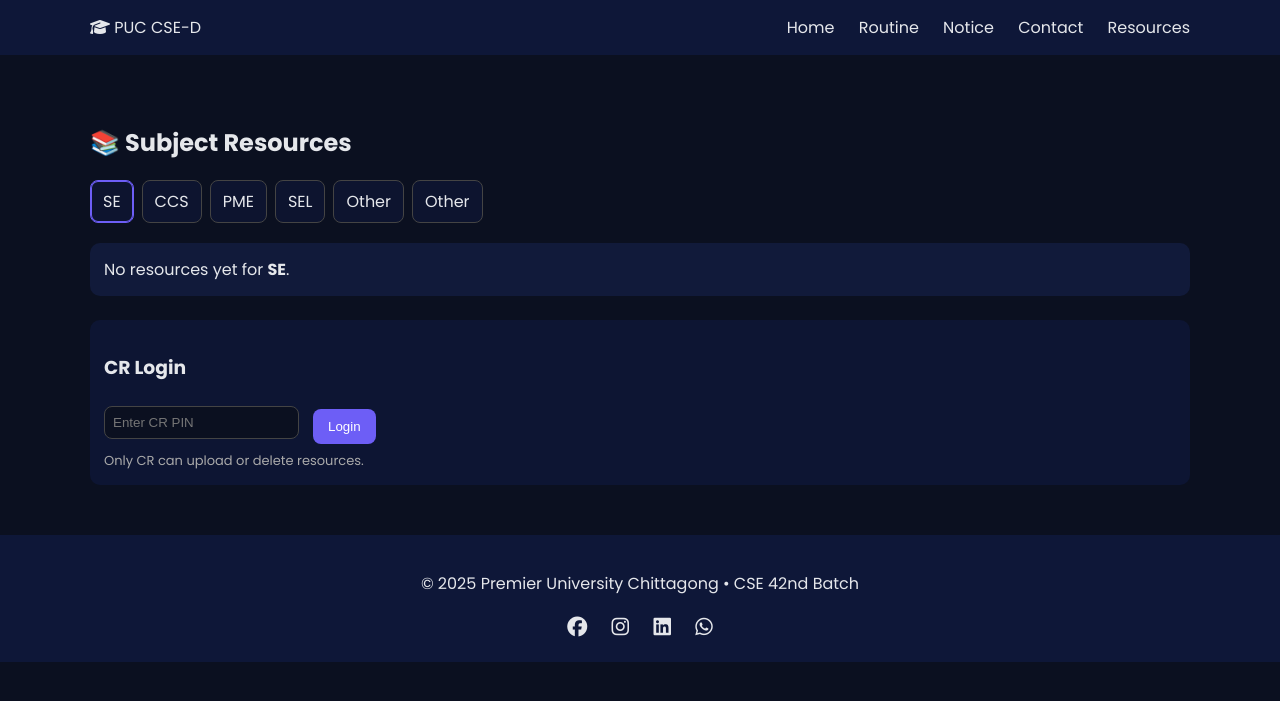
Repository: naimuddin1190/puc-class-management
Page: http://localhost/resources.php?subject=SE
The author's editor kept a copy of each file at every save. The page is drawn from the files as they stood at one save, then again after the next save.
The browser window is 1280 px wide. The pictures show the whole page.
The page is run by PHP 8.4 with error messages shown; the project is at /var/www/html/. The database holds what the project's SQL file puts in it.

Above is the page before, as saved 2025-09-02 22:24:40.

After the next save:
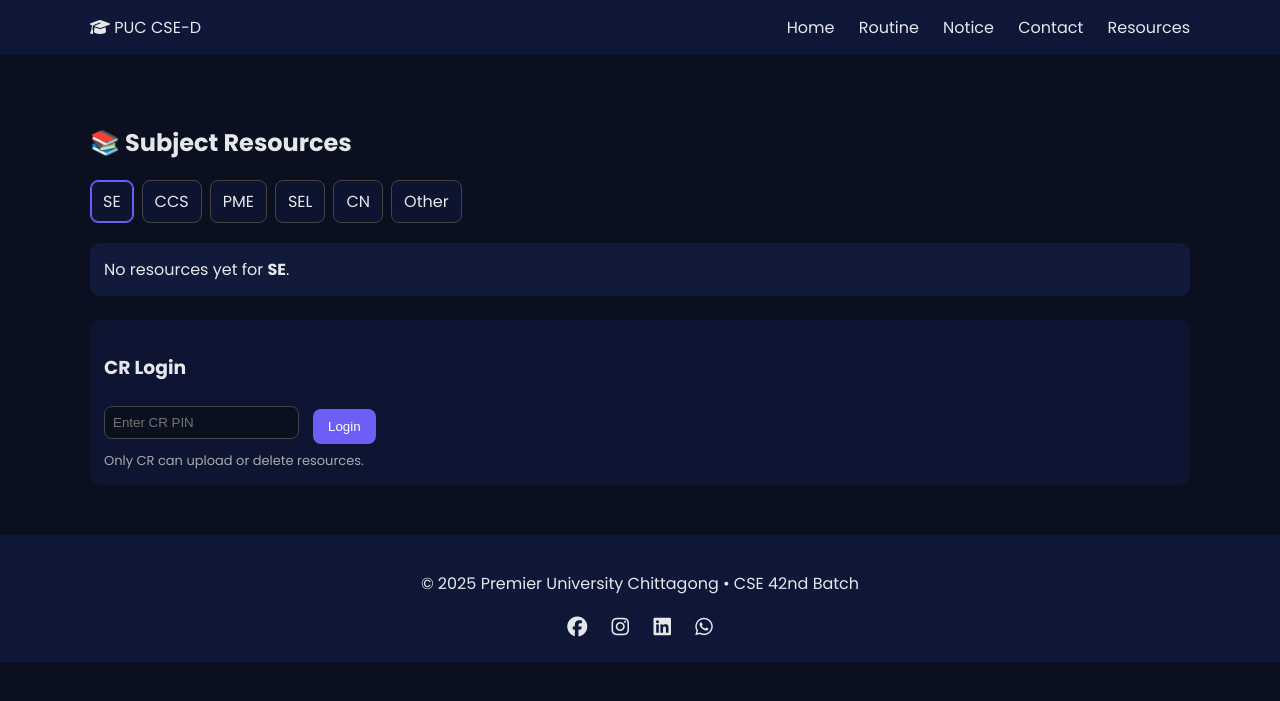
Saved 5 s later.
--- a/resources.php
+++ b/resources.php
@@ -6,7 +6,7 @@ include 'db.php';
 define('CR_PIN', '1234');
 
 // Allowed subjects (চাইলে বাড়াতে/কমাতে পারো)
-$SUBJECTS = ['SE', 'CCS', 'PME', 'SEL', 'Other','Other'];
+$SUBJECTS = ['SE', 'CCS', 'PME', 'SEL', 'CN','Other'];
 
 // CR login
 $login_error = '';
